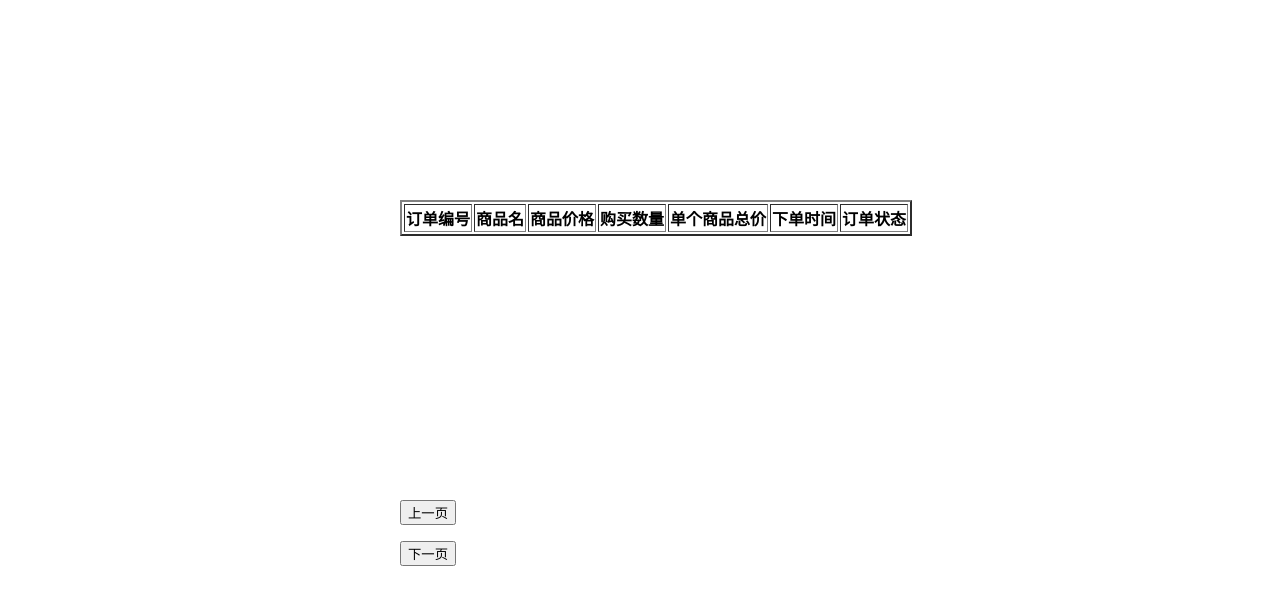
Repository: Gale-student/Gale-student.github.io
Page: http://localhost/weshop/OrdersDetailQueryAllServlet
An editor plug-in stored every save of this project. The page is shown before and after the next save, followed by the edit.
The browser window is 1280 px wide. The pictures show the whole page.
The page is served by Tomcat 9. Queries for data that is not in the repository find no rows.

Above is the page before, as saved 2022-10-04 08:59:56.

After the next save:
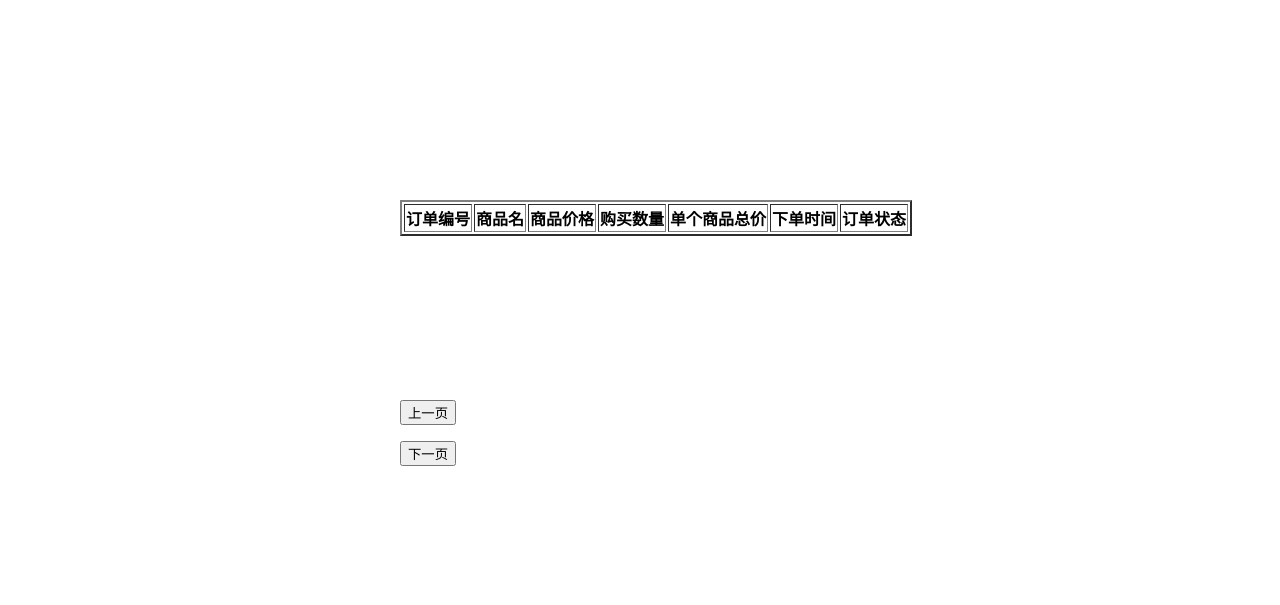
Saved 12 s later.
--- a/WeShop/weshop/WebRoot/WEB-INF/jsp/OrdersQueryOfUser.jsp
+++ b/WeShop/weshop/WebRoot/WEB-INF/jsp/OrdersQueryOfUser.jsp
@@ -48,7 +48,7 @@ String basePath = request.getScheme()+"://"+request.getServerName()+":"+request.
        </tr>
        <%} %>
     </table>
-    <div style="position: absolute; left: 400px; top: 500px;">
+    <div style="position: absolute; left: 400px; top: 400px;">
     <form action="" method="post">
        <input type="submit" value="上一页">
     </form>
